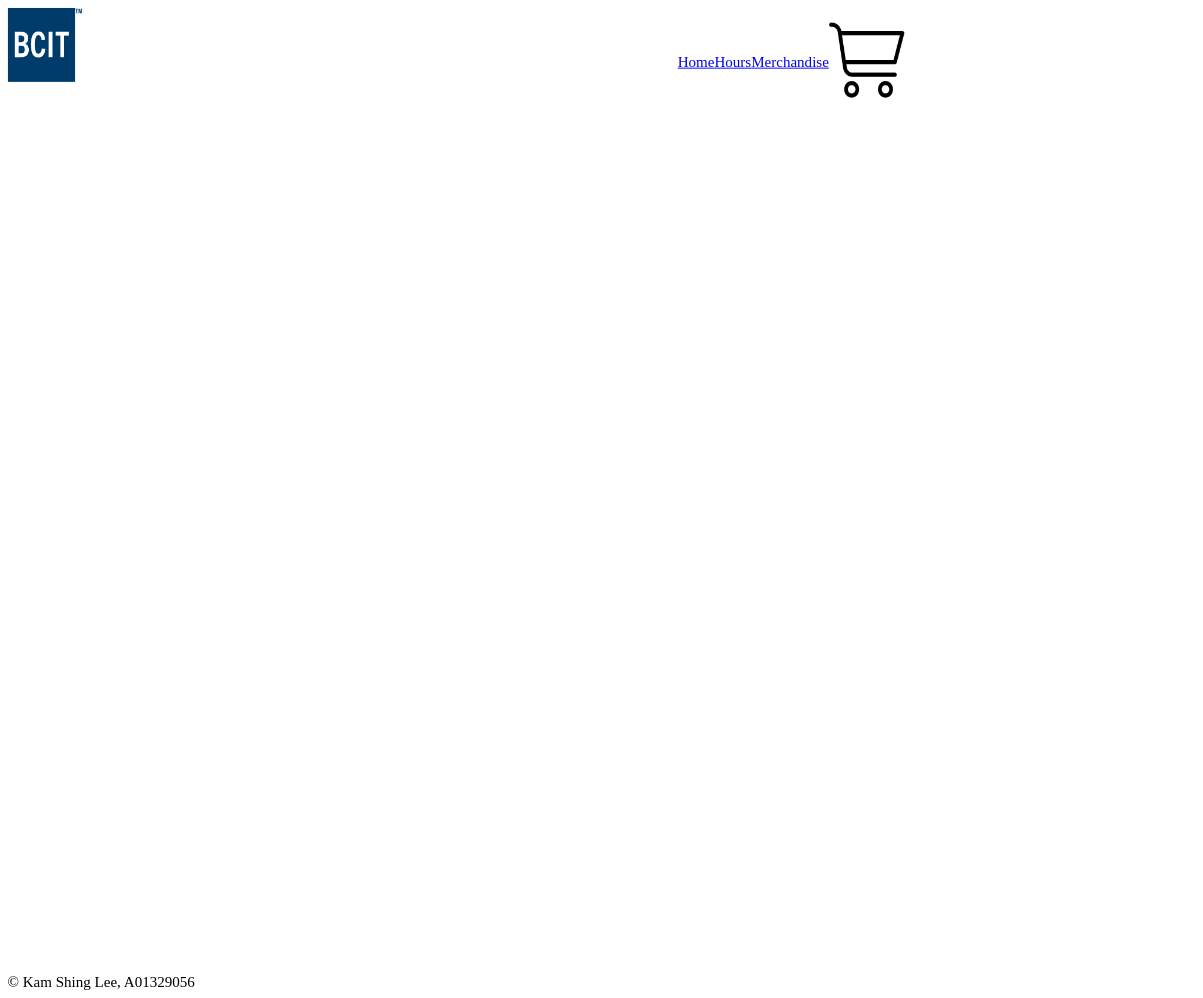
Repository: klee616/assessment3
Page: /
These files come from the project's save history. The page is drawn as it stood at one moment and after the next save; the edit follows.
The browser window is 1280 px wide. The pictures show the whole page, at 94% of full size.
The project was rebuilt for these pictures with package versions that can differ from the ones it lists, and the page was loaded fresh each time. The framework's server and built-in components were replaced by stand-ins that run in the browser. Also part of the build but not shown: next.config.mjs, components/Footer/Footer.module.css.

Above is the page before, as saved 2024-02-05 16:03:22.

### pages/index.js
import Head from "next/head";
import { Inter } from "next/font/google";
import styles from "@/styles/Home.module.css";
import layout from "@/styles/layout.module.css"
import Header from "@/components/Header";
import Footer from "@/components/Footer";

const inter = Inter({ subsets: ["latin"] });

export default function Home() {
  return (
    <>
      <Head>
        <title>BCIT Book Store</title>
        <meta name="description" content="All online pick-up orders are available at the Burnaby Campus Bookstore (SE2). Please allow 2-3 business days for order processing." />
        <meta name="viewport" content="width=device-width, initial-scale=1" />
        <link rel="icon" href="/favicon.ico" />
      </Head>

      <Header />
      <main className={`${styles.main} ${inter.className}`}>
        <div className={`${layout['col-lg-4']} ${layout['col-md-4']} ${layout['col-lg-4']}}`}>

        </div>
      </main>
      <Footer />
    </>
  );
}

### styles/globals.css
:root {
  --background-color: #fff;
  --highlight: #FFF400;
  --blue: #003C71;
  --white-text: #fff;
  --product-background: rgb(245, 245, 245);
}

### styles/layout.module.css

.row {
    display: flex;
    flex-direction: row;
    flex-wrap: wrap;
    justify-content: left;
    align-items: stretch;
  }

  .col-lg-12, .col-md-12, .col-sm-12{
      flex: 0 0 12;
      width: calc(100% / 12 * 12);
  }

  .col-lg-11, .col-md-11, .col-sm-11{
      flex: 0 0 11;
      width: calc(100% / 12 * 11);
  }

  .col-lg-10, .col-md-10, .col-sm-10{
      flex: 0 0 10;
      width: calc(100% / 12 * 10);
  }

  .col-lg-9, .col-md-9, .col-sm-9{
      flex: 0 0 9;
      width: calc(100% / 12 * 9);
  }

  .col-lg-8, .col-md-8, .col-sm-8{
      flex: 0 0 8;
      width: calc(100% / 12 * 8);
  }

  .col-lg-7, .col-md-7, .col-sm-7{
      flex: 0 0 7;
      width: calc(100% / 12 * 7);
  }

  .col-lg-6, .col-md-6, .col-sm-6{
      flex: 0 0 6;
      width: calc(100% / 12 * 6);
  }

  .col-lg-5, .col-md-5, .col-sm-5{
      flex: 0 0 5;
      width: calc(100% / 12 * 5);
  }

  .col-lg-4, .col-md-4, .col-sm-4{
      flex: 0 0 4;
      width: calc(100% / 12 * 4);
  }

  .col-lg-3, .col-md-3, .col-sm-3{
      flex: 0 0 3;
      width: calc(100% / 12 * 3);
  }

  .col-lg-2, .col-md-2, .col-sm-2{
      flex: 0 0 2;
      width: calc(100% / 12 * 2);
  }

  .col-lg-1, .col-md-1, .col-sm-1{
      flex: 0 0 1;
      width: calc(100% / 12 * 1);
  }

  .text-align-right{
    text-align: right;
  }

  @media (min-width: 1221px ) {
    /* lg*/

    .row {
      max-width: 1220px;
      width: 100vw;
    }

    .row-wider{
      width: 992px;
    }


    .col-lg-12 {
      flex: 0 0 12;
      width: calc(100% / 12 * 12);
    }

    .col-lg-11 {
      flex: 0 0 11;
      width: calc(100% / 12 * 12);
    }

    .col-lg-10 {
      flex: 0 0 10;
      width: calc(100% / 12 * 10);
    }

    .col-lg-9 {
      flex: 0 0 9;
      width: calc(100% / 12 * 9);
    }

    .col-lg-8 {
      flex: 0 0 8;
      width: calc(100% / 12 * 8);
    }

    .col-lg-7 {
      flex: 0 0 7;
      width: calc(100% / 12 * 7);
    }

    .col-lg-6 {
      flex: 0 0 6;
      width: calc(100% / 12 * 6);
    }

    .col-lg-5 {
      flex: 0 0 5;
      width: calc(100% / 12 * 5);
    }

    .col-lg-4 {
      flex: 0 0 4;
      width: calc(100% / 12 * 4);
    }

    .col-lg-3 {
      flex: 0 0 3;
      width: calc(100% / 12 * 3);
    }

    .col-lg-2 {
      flex: 0 0 2;
      width: calc(100% / 12 * 2);
    }

    .col-lg-1 {
      flex: 0 0 1;
      width: calc(100% / 12 * 1);
    }

    .lg-hidden{
      display: none;;
    }
  }


  @media (max-width:1220px) and (min-width:701px) {
    /* md*/

    .row {
        max-width: 1440px;
        width: 100vw;

    }



    .col-md-12 {
      flex: 0 0 12;
      width: calc(100% / 12 * 12);
    }

    .col-md-11 {
      flex: 0 0 11;
      width: calc(100% / 12 * 12);
    }

    .col-md-10 {
      flex: 0 0 10;
      width: calc(100% / 12 * 10);
    }

    .col-md-9 {
      flex: 0 0 9;
      width: calc(100% / 12 * 9);
    }

    .col-md-8 {
      flex: 0 0 8;
      width: calc(100% / 12 * 8);
    }

    .col-md-7 {
      flex: 0 0 7;
      width: calc(100% / 12 * 7);
    }

    .col-md-6 {
      flex: 0 0 6;
      width: calc(100% / 12 * 6);
    }

    .col-md-5 {
      flex: 0 0 5;
      width: calc(100% / 12 * 5);
    }

    .col-md-4 {
      flex: 0 0 4;
      width: calc(100% / 12 * 4);
    }

    .col-md-3 {
      flex: 0 0 3;
      width: calc(100% / 12 * 3);
    }

    .col-md-2 {
      flex: 0 0 2;
      width: calc(100% / 12 * 2);
    }

    .col-md-1 {
      flex: 0 0 1;
      width: calc(100% / 12 * 1);
    }


    .md-hidden{
      display: none;;
    }
  }


  @media (max-width:700px) {
    /* sm*/

    .row {
        max-width: 640;
        width: 100vw;

    }


    .col-sm-12 {
      flex: 0 0 12;
      width: calc(100% / 12 * 12);
    }

    .col-sm-11 {
      flex: 0 0 11;
      width: calc(100% / 12 * 12);
    }

    .col-sm-10 {
      flex: 0 0 10;
      width: calc(100% / 12 * 10);
    }

    .col-sm-9 {
      flex: 0 0 9;
      width: calc(100% / 12 * 9);
    }

    .col-sm-8 {
      flex: 0 0 8;
      width: calc(100% / 12 * 8);
    }

    .col-sm-7 {
      flex: 0 0 7;
      width: calc(100% / 12 * 7);
    }

    .col-sm-6 {
      flex: 0 0 6;
      width: calc(100% / 12 * 6);
    }

    .col-sm-5 {
      flex: 0 0 5;
      width: calc(100% / 12 * 5);
    }

    .col-sm-4 {
      flex: 0 0 4;
      width: calc(100% / 12 * 4);
    }

    .col-sm-3 {
      flex: 0 0 3;
      width: calc(100% / 12 * 3);
    }

    .col-sm-2 {
      flex: 0 0 2;
      width: calc(100% / 12 * 2);
    }

    .col-sm-1 {
      flex: 0 0 1;
      width: calc(100% / 12 * 1);
    }

    .sm-hidden{
      display: none;
    }
  }

### components/Header/index.js
import styles from './Header.module.css'
import layout from '@/styles/Layout.module.css'
import Image from 'next/image'
import Link from 'next/link'

export default function Header() {
    return (
        <>
            <header className={layout['row']}>
                <div className={`${layout['col-lg-4']} ${layout['col-md-4']} ${layout['col-sm-4']}`}>
                    <Image
                        src="/images/bcit_logo.png"
                        width={80}
                        height={80} />
                </div>
                <div className={`${layout['col-lg-8']} ${layout['col-md-8']} ${layout['col-sm-8']}`}>
                    <div className={styles['menu-container']}>
                        <ul className={styles['menu-list']}>
                            <li className={styles['menu-item']}>
                                <Link href='/'>Home</Link>
                            </li>
                            <li className={styles['menu-item']}>
                                <Link href='/'>Hours</Link>
                            </li>
                            <li className={styles['menu-item']}>
                                <Link href='/'>Merchandise</Link>
                            </li>
                            <li className={styles['menu-item']}>

                            <Link href='/'>
                                <Image
                                src="/images/shopping.png"
                                width={80}
                                height={80} />
                            </Link>
                                </li>
                        </ul>
                    </div>
                </div>

            </header>
        </>
    )
}

### components/Footer/index.js
import styles from './Footer.module.css'
import layout from '@/styles/Layout.module.css'

export default function Footer(){
    return (
        <>
        <footer className={`${layout['row']}`}>
<div className={`${layout['col-lg-12']} ${layout['col-md-12']} ${layout['col-sm-12']}`}>
    &copy; Kam Shing Lee, A01329056
</div>
        </footer>
        </>
    )
}

### components/Header/Header.module.css
.menu-container{
    display: flex;
    flex-direction: row;
    flex-wrap: nowrap;
    align-content: center;
    justify-content: center;
    align-items: center;
}

.menu-list{
    display: flex;
    flex-direction: row;
    flex-wrap: nowrap;
    align-content: center;
    justify-content:space-around;
    align-items: center;
    list-style: none;
}

.menu-item a{
display: block;
width: 100%;
}

### styles/Layout.module.css

.row {
    display: flex;
    flex-direction: row;
    flex-wrap: wrap;
    justify-content: left;
    align-items: stretch;
  }

  .col-lg-12, .col-md-12, .col-sm-12{
      flex: 0 0 12;
      width: calc(100% / 12 * 12);
  }

  .col-lg-11, .col-md-11, .col-sm-11{
      flex: 0 0 11;
      width: calc(100% / 12 * 11);
  }

  .col-lg-10, .col-md-10, .col-sm-10{
      flex: 0 0 10;
      width: calc(100% / 12 * 10);
  }

  .col-lg-9, .col-md-9, .col-sm-9{
      flex: 0 0 9;
      width: calc(100% / 12 * 9);
  }

  .col-lg-8, .col-md-8, .col-sm-8{
      flex: 0 0 8;
      width: calc(100% / 12 * 8);
  }

  .col-lg-7, .col-md-7, .col-sm-7{
      flex: 0 0 7;
      width: calc(100% / 12 * 7);
  }

  .col-lg-6, .col-md-6, .col-sm-6{
      flex: 0 0 6;
      width: calc(100% / 12 * 6);
  }

  .col-lg-5, .col-md-5, .col-sm-5{
      flex: 0 0 5;
      width: calc(100% / 12 * 5);
  }

  .col-lg-4, .col-md-4, .col-sm-4{
      flex: 0 0 4;
      width: calc(100% / 12 * 4);
  }

  .col-lg-3, .col-md-3, .col-sm-3{
      flex: 0 0 3;
      width: calc(100% / 12 * 3);
  }

  .col-lg-2, .col-md-2, .col-sm-2{
      flex: 0 0 2;
      width: calc(100% / 12 * 2);
  }

  .col-lg-1, .col-md-1, .col-sm-1{
      flex: 0 0 1;
      width: calc(100% / 12 * 1);
  }

  .text-align-right{
    text-align: right;
  }

  @media (min-width: 1221px ) {
    /* lg*/

    .row {
      max-width: 1220px;
      width: 100vw;
    }

    .row-wider{
      width: 992px;
    }


    .col-lg-12 {
      flex: 0 0 12;
      width: calc(100% / 12 * 12);
    }

    .col-lg-11 {
      flex: 0 0 11;
      width: calc(100% / 12 * 12);
    }

    .col-lg-10 {
      flex: 0 0 10;
      width: calc(100% / 12 * 10);
    }

    .col-lg-9 {
      flex: 0 0 9;
      width: calc(100% / 12 * 9);
    }

    .col-lg-8 {
      flex: 0 0 8;
      width: calc(100% / 12 * 8);
    }

    .col-lg-7 {
      flex: 0 0 7;
      width: calc(100% / 12 * 7);
    }

    .col-lg-6 {
      flex: 0 0 6;
      width: calc(100% / 12 * 6);
    }

    .col-lg-5 {
      flex: 0 0 5;
      width: calc(100% / 12 * 5);
    }

    .col-lg-4 {
      flex: 0 0 4;
      width: calc(100% / 12 * 4);
    }

    .col-lg-3 {
      flex: 0 0 3;
      width: calc(100% / 12 * 3);
    }

    .col-lg-2 {
      flex: 0 0 2;
      width: calc(100% / 12 * 2);
    }

    .col-lg-1 {
      flex: 0 0 1;
      width: calc(100% / 12 * 1);
    }

    .lg-hidden{
      display: none;;
    }
  }


  @media (max-width:1220px) and (min-width:701px) {
    /* md*/

    .row {
        max-width: 1440px;
        width: 100vw;

    }



    .col-md-12 {
      flex: 0 0 12;
      width: calc(100% / 12 * 12);
    }

    .col-md-11 {
      flex: 0 0 11;
      width: calc(100% / 12 * 12);
    }

    .col-md-10 {
      flex: 0 0 10;
      width: calc(100% / 12 * 10);
    }

    .col-md-9 {
      flex: 0 0 9;
      width: calc(100% / 12 * 9);
    }

    .col-md-8 {
      flex: 0 0 8;
      width: calc(100% / 12 * 8);
    }

    .col-md-7 {
      flex: 0 0 7;
      width: calc(100% / 12 * 7);
    }

    .col-md-6 {
      flex: 0 0 6;
      width: calc(100% / 12 * 6);
    }

    .col-md-5 {
      flex: 0 0 5;
      width: calc(100% / 12 * 5);
    }

    .col-md-4 {
      flex: 0 0 4;
      width: calc(100% / 12 * 4);
    }

    .col-md-3 {
      flex: 0 0 3;
      width: calc(100% / 12 * 3);
    }

    .col-md-2 {
      flex: 0 0 2;
      width: calc(100% / 12 * 2);
    }

    .col-md-1 {
      flex: 0 0 1;
      width: calc(100% / 12 * 1);
    }


    .md-hidden{
      display: none;;
    }
  }


  @media (max-width:700px) {
    /* sm*/

    .row {
        max-width: 640;
        width: 100vw;

    }


    .col-sm-12 {
      flex: 0 0 12;
      width: calc(100% / 12 * 12);
    }

    .col-sm-11 {
      flex: 0 0 11;
      width: calc(100% / 12 * 12);
    }

    .col-sm-10 {
      flex: 0 0 10;
      width: calc(100% / 12 * 10);
    }

    .col-sm-9 {
      flex: 0 0 9;
      width: calc(100% / 12 * 9);
    }

    .col-sm-8 {
      flex: 0 0 8;
      width: calc(100% / 12 * 8);
    }

    .col-sm-7 {
      flex: 0 0 7;
      width: calc(100% / 12 * 7);
    }

    .col-sm-6 {
      flex: 0 0 6;
      width: calc(100% / 12 * 6);
    }

    .col-sm-5 {
      flex: 0 0 5;
      width: calc(100% / 12 * 5);
    }

    .col-sm-4 {
      flex: 0 0 4;
      width: calc(100% / 12 * 4);
    }

    .col-sm-3 {
      flex: 0 0 3;
      width: calc(100% / 12 * 3);
    }

    .col-sm-2 {
      flex: 0 0 2;
      width: calc(100% / 12 * 2);
    }

    .col-sm-1 {
      flex: 0 0 1;
      width: calc(100% / 12 * 1);
    }

    .sm-hidden{
      display: none;
    }
  }

Loaded but not shown: pages/_app.js (common file); pages/_document.js (common file); styles/Home.module.css (common file)

After the next save:
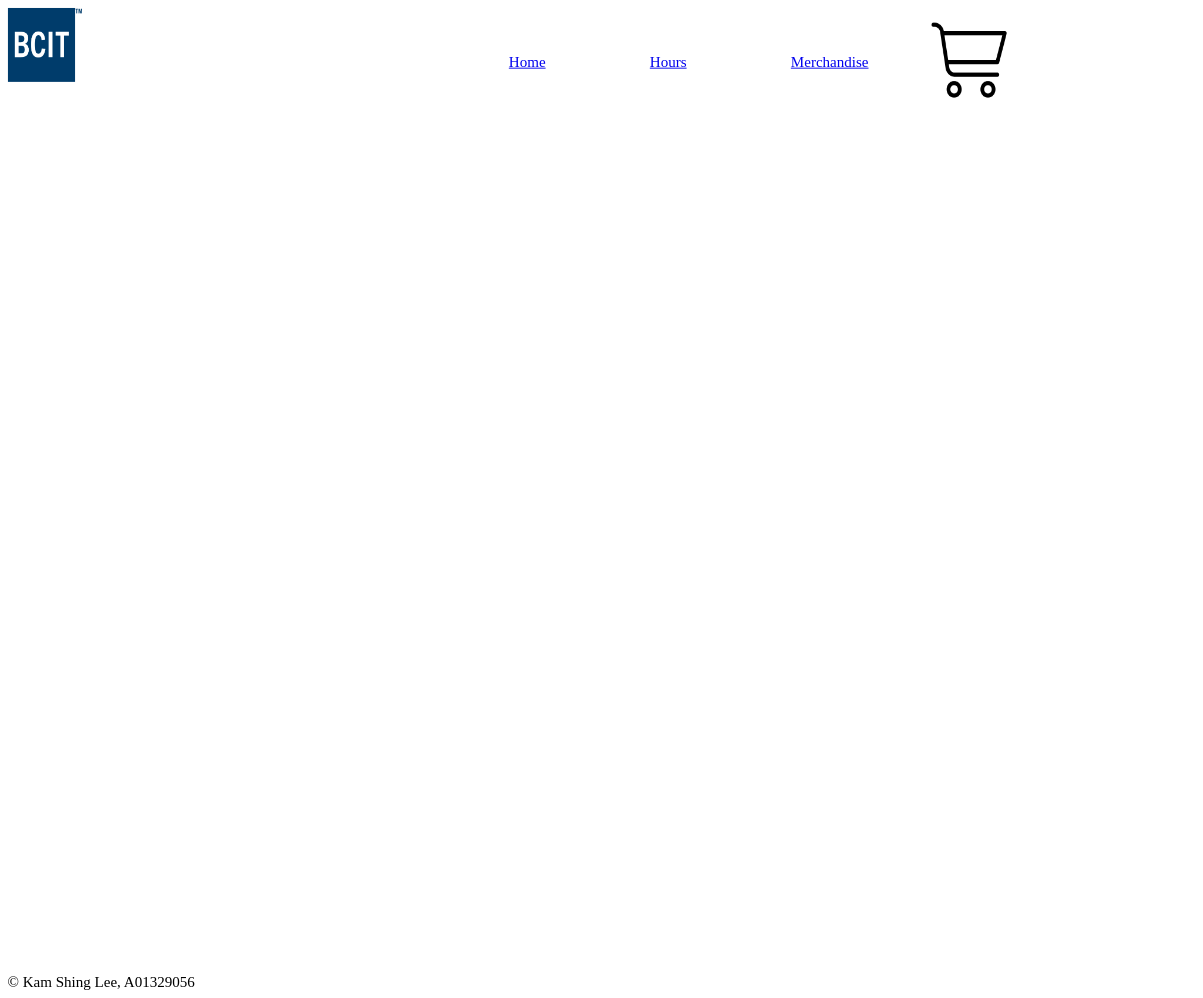
Saved 12 s later.
--- a/components/Header/Header.module.css
+++ b/components/Header/Header.module.css
@@ -17,6 +17,9 @@
     list-style: none;
 }
 
+.menu-item{
+    width: 150px;
+}
 .menu-item a{
 display: block;
 width: 100%;
